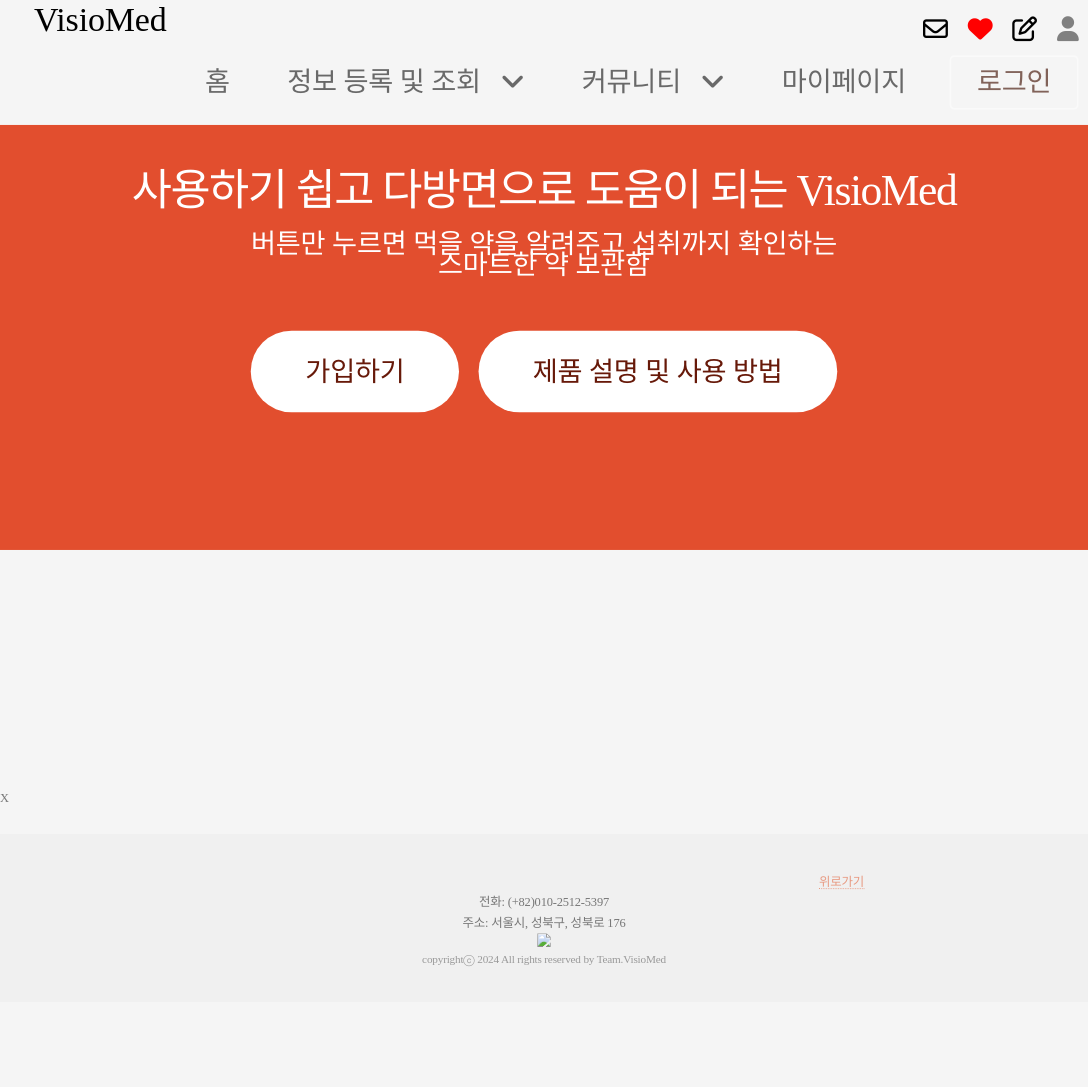
Repository: Jeffrey-Moon/visiomed
Page: http://localhost/Project_VisioMed/Index.jsp
An editor plug-in stored every save of this project. The page is shown before and after the next save, followed by the edit.
The browser window is 1280 px wide. The pictures show the whole page, at 85% of full size.
Some web fonts or font styles are not loaded; a fallback is used. Some web libraries are served in a nearby version. The page is served by Tomcat 9. Other server files are loaded and not shown.

Above is the page before, as saved 2024-07-20 06:10:24.
Console error: SyntaxError: Unexpected token '<'

### Project_VisioMed/Project_VisioMed/src/main/webapp/Index.jsp
<%@page import="Model.UserDTO"%>
<%@ page language="java" contentType="text/html; charset=utf-8"
	pageEncoding="utf-8"%>
<!DOCTYPE html>
<html>
<head>
<title>VisioMed</title>
<meta charset="utf-8" />
<meta name="viewport"
	content="width=device-width, initial-scale=1, user-scalable=no" />
<link rel="stylesheet" href="assets/css/main.css" />
<link rel="stylesheet" href="assets/css/style.css" />

<style>
@font-face {
    font-family: 'GangwonEdu_OTFBoldA';
    src: url('https://cdn.jsdelivr.net/gh/projectnoonnu/noonfonts_2201-2@1.0/GangwonEdu_OTFBoldA.woff') format('woff');
    font-weight: normal;
    font-style: normal;
}
body{
font-family: 'GangwonEdu_OTFBoldA';
background-image:url('images/bgimg_1.jpg');
background-size: 100% 80%;
padding-bottom: 100px;
background-repeat: no-repeat;
}
</style>



</head>

<body class="landing is-preload">

	<%

		// 인코딩
	   request.setCharacterEncoding("utf-8");

	   // 쿼리스트링으로 넘어오는 check값 qr_check
	   System.out.println("--[스트링 확인]");

	   String check = request.getParameter("check");
	   String status = request.getParameter("status");

	   System.out.println("체크 " + check);

	   System.out.println("스탯 " + status);

	   String mo_title = "";
	   String mo_content = "";

		UserDTO udto = (UserDTO)session.getAttribute("udto");

	%>

	<div id="page-wrapper">

		<!-- Header -->
		<header id="header" class="alt">
			<h1 style="color: black;font-size:xx-large;">
				<a href="Index.jsp" style="color: black;font-size:40px">VisioMed&nbsp;&nbsp;</a>
			</h1>

			<nav id="nav" style="text-align:right;">
			<!-- 봉투 아이콘 -->
			<i class="fa-regular fa-envelope fa-2x" style="color:black;margin-top:20px;"></i>
			<!-- 하트 아이콘 -->
			<i class="fa-solid fa-heart fa-2x" style="color:red;margin-left:20px;"></i>
			<!-- 연필 아이콘 -->
			<i class="fa-regular fa-pen-to-square fa-2x" style="color:black;margin-left:20px;"></i>
			<!-- 유저 아이콘 -->
			<i class="fa-solid fa-user fa-2x" style="color:gray;margin-left:20px;"></i>

			<% if(udto != null){ %>
				<sup style="color:green;font-weight:500;font-size:larger; vertical-align:sub;">
				&nbsp;&nbsp;<%= udto.getUser_name() %>님 로그인</sup>
			<%} else {%>

			<%} %>

				<ul>
					<li><a href="Index.jsp" style="color:#696969;font-size:xx-large;">홈</a></li>
					<li><a href="select_handi.jsp" style="color:#696969;font-size:xx-large;">정보 등록 및 조회&nbsp;&nbsp;&nbsp;<i
							class='icon solid fa fa-angle-down'></i>
					</a>
						<ul>
							<li><a href="reg_handi.jsp">회원 정보 등록</a></li>
						</ul></li>
					<li class='sub-menu'><a href="#" style="color:#696969;font-size:xx-large;">커뮤니티&nbsp;&nbsp;&nbsp;<i
							class='fa fa-angle-down'></i></a>
						<ul>
							<li><a href="qnaMain.jsp">문의하기</a></li>
							<li><a href="storyMain.jsp">정보 공유</a></li>
						</ul></li>
					<li class='sub-menu'><a href="Mypage.jsp" style="color:#696969;font-size:xx-large;">마이페이지</a></li>

					<% if(udto != null){ %>
						<li><a href="LogoutServiceCon.do" class="button" style="color: black;font-size:xx-large;">로그아웃</a></li>
					<%} else{%>
						<li><a href="Login.jsp" class="button" style="color:#816259;font-size:xx-large;">로그인</a></li>
					<%} %>

				</ul>
			</nav>
		</header>


		<!-- Banner -->
		<section id="banner">

		 <!-- CTA -->
		 <section id="cta" style="height: 500px;">
			<% if(udto != null){ %>
			<h3 class="big-font" style="color:white;display:inline;"><%= udto.getUser_name() %>님, VisioMed에 들어온 것을 환영합니다!
			<br>제품 사용 방법을 알고 싶으면 아래 제품 설명 및 사용 방법 버튼을 눌러주세요.
			</h3>
			<br><br>
			<a href="Explain.jsp" class="button" style="color:#671909;border-radius:50px;font-size: xx-large;margin-top:70px">제품 설명 및 사용 방법</a>
			</li>
			<%} else{%>
			<h2 style="color:white;">사용하기 쉽고 다방면으로 도움이 되는 VisioMed</h2>
			<p style="color:white;font-size:xx-large;">
				버튼만 누르면 먹을 약을 알려주고 섭취까지 확인하는<br>스마트한 약 보관함
			</p>
			<a href="Join.jsp" class="button" style="min-width:7em;border-radius:50px;font-size: xx-large;color: #671909;">가입하기</a>
			</li> <a href="Explain.jsp" class="button"style="color:#671909;border-radius:50px;font-size: xx-large;">제품 설명 및 사용 방법</a>
			</li>
			<%} %>
      <!--    <h2>복순이</h2>
         <p>복순이 서비스를 이용하세요!</p>

         <form>
            <div class="row gtr-50 gtr-uniform">
               <div class="col-8 col-12-mobilep">
                  <input type="email" name="email" id="email"
                     placeholder="Email Address" />
               </div>
               <div class="col-4 col-12-mobilep">
                  <input type="submit" value="Sign Up" class="fit" />
               </div>
            </div>
         </form>-->
	</section>
</section>
		<!-- Main -->

		<!--모달 본문  -->


      <div id="modal" class="modal-overlay">
         <%
         System.out.println("--[모달 진입]");

         // 초기 모달값
         System.out.println("스탯 " + status);
         //System.out.println("st qr " + qr_status);

         // 초기페이지 로딩시에 오류 방지
         if (status == null) {

            // 상황별 모달 출력문
         } else if (check.equals("1") && status.equals("1")) {
            System.out.println("[가입진입] " + status);
            mo_title = "가입 성공";
            mo_content = "가입을 환영합니다";
         } else if (check.equals("1") && status.equals("2")) {
            System.out.println("[가입실패] " + status);
            mo_title = "가입 실패";
            mo_content = "양식을 다시 한번 확인해주세요";
         } else if (check.equals("1") && status.equals("3")) {
            System.out.println("[3진입] " + status);
            mo_title = "3 성공";
            mo_content = "3 환영합니다";

         } else {

         }
         %>


         <div class="modal-window">
            <div class="title">
               <h2><%=mo_title%>
               </h2>
            </div>
            <div class="close-area">X</div>
            <div class="content">
               <p><%=mo_content%>
               </p>


            </div>
         </div>
      </div>




      <!-- 모달 로직 -->
      <script>
		const modal = document.getElementById("modal")
		function modalOn() {
		    modal.style.display = "flex"
		}
		function isModalOn() {
		    return modal.style.display === "flex"
		}
		function modalOff() {
		    modal.style.display = "none"
		}
		// 모달 끄기 구간
		const closeBtn = modal.querySelector(".close-area")
		closeBtn.addEventListener("click", e => {
		    modalOff()
		})
		 // 모달 오버레이를 클릭하면 모달 끄기
		modal.addEventListener("click", e => {
		    const evTarget = e.target
		    if(evTarget.classList.contains("modal-overlay")) {
		        modalOff()
		    }
		})
		// esc키를 누르면 모달 끄기
		window.addEventListener("keyup", e => {
		    if(isModalOn() && e.key === "Escape") {
		        modalOff()
		    }
		})

		//  쿼리체크가 1이면 모달이 켜진다
		window.onload = function () { // window가 load될 때 function 부분이 실행됨. load여부는 브라우저가 알려줌.
		   let qr_check="1"
		   if(qr_check==<%=check%>){
		      modalOn()
		   }


		};
		</script>


  	<footer id="footer" style="padding:3em 0 3em 0;">
  		<div class="inner">
  		<a href="#" class="page-top" style="position: relative;left:350px;">위로가기</a>
  		<p style="margin:0 0 0 0;">전화: (+82)010-2512-5397</p>
  		<p style="margin:0 0 0 0;">주소: 서울시, 성북구, 성북로 176</p>
  		<span><img src="images/visiomed_logo.png" style="width:75px;"></span><br>
  			<p class="copyright" style="margin:0 0 0 0;">copyrightⓒ 2024 All rights reserved by Team.VisioMed</p>
		</div>
  	</footer>

		<!-- Footer -->
	<!-- <footer id="footer">
			<ul class="icons">
				<li><a href="#" class="icon brands fa-twitter"><span
						class="label">Twitter</span></a></li>
				<li><a href="#" class="icon brands fa-facebook-f"><span
						class="label">Facebook</span></a></li>
				<li><a href="#" class="icon brands fa-instagram"><span
						class="label">Instagram</span></a></li>
				<li><a href="#" class="icon brands fa-github"><span
						class="label">Github</span></a></li>
				<li><a href="#" class="icon brands fa-dribbble"><span
						class="label">Dribbble</span></a></li>
				<li><a href="#" class="icon brands fa-google-plus"><span
						class="label">Google+</span></a></li>
			</ul>
			<ul class="copyright">
				<li>&copy; Untitled. All rights reserved.</li>
				<li>Design: <a href="http://html5up.net">HTML5 UP</a></li>
			</ul>
		</footer>   -->

	</div>


	<!-- Scripts -->
	<script src="assets/js/jquery.min.js"></script>
	<script src="assets/js/jquery.dropotron.min.js"></script>
	<script src="assets/js/jquery.scrollex.min.js"></script>
	<script src="assets/js/browser.min.js"></script>
	<script src="assets/js/breakpoints.min.js"></script>
	<script src="assets/js/util.js"></script>
	<script src="assets/js/main.js"></script>
	<script src="assets/js/bootstrap.js"></script>
	<script src="assets/js/bootstrap.min.js"></script>

	<!-- awesome font -->
	<script src="https://kit.fontawesome.com/8b21a455c5.js" crossorigin="anonymous"></script>

</body>
</html>

### Project_VisioMed/Project_VisioMed/src/main/webapp/404errorPage.jsp
<%@ page language="java" contentType="text/html; charset=UTF-8"
    pageEncoding="UTF-8"%>
<!DOCTYPE html>
<%  response.setStatus(HttpServletResponse.SC_OK); %>
<html>
<head>
<meta charset="UTF-8">
<title>404 에러 페이지</title>
</head>
<body>
	<h3>요청하신 페이지는 존재하지 않습니다.</h3>
	<h4>- Dr.Boksun</h4>
	<button><a href="Index.jsp">메인으로 이동</a></button>
	<br>초기화면으로 돌아갑니다.
</body>
</html>

Loaded but not shown: Project_VisioMed/Project_VisioMed/src/main/webapp/assets/css/main.css (3905 lines, source omitted)

After the next save:
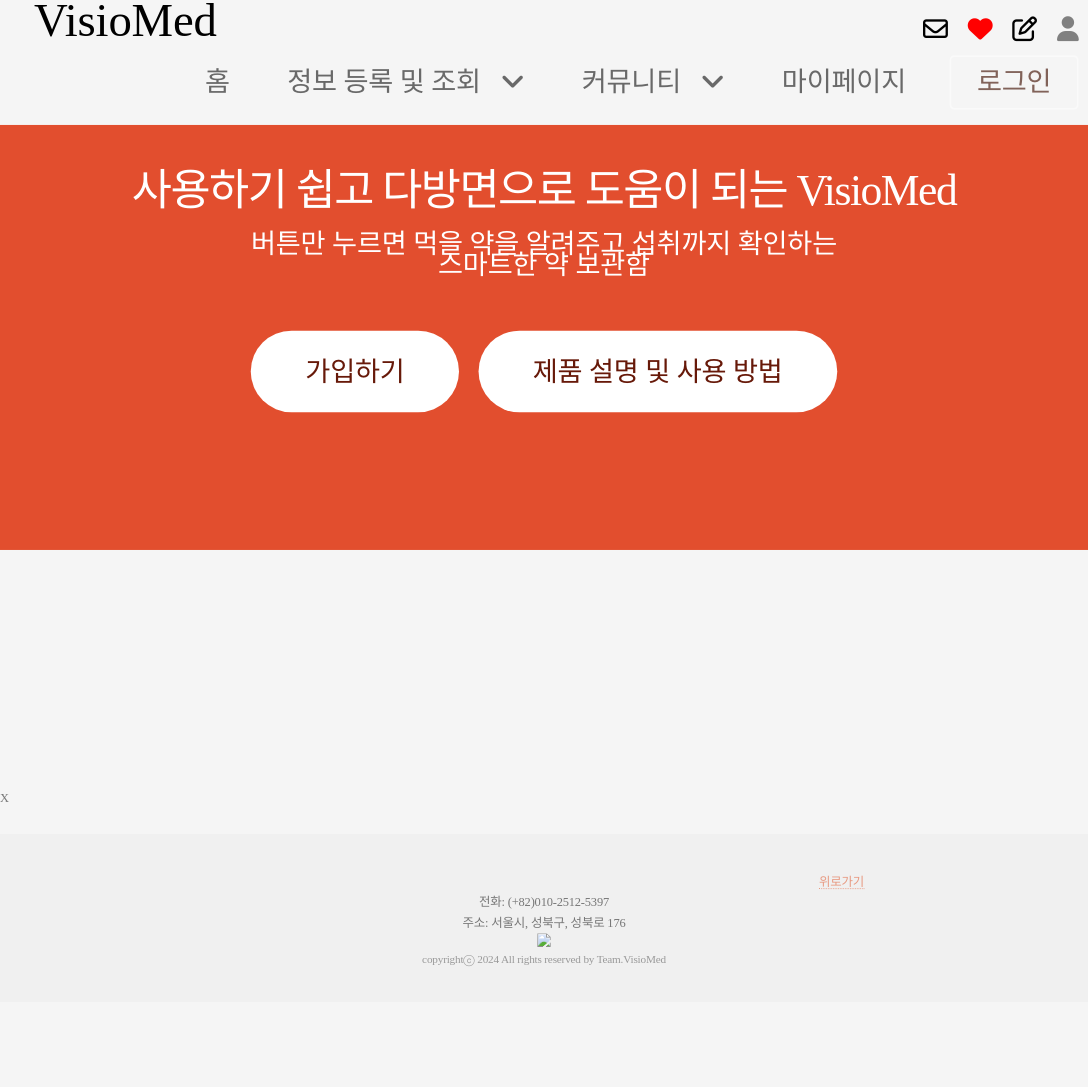
Saved 8 s later.
--- a/Project_VisioMed/Project_VisioMed/src/main/webapp/Index.jsp
+++ b/Project_VisioMed/Project_VisioMed/src/main/webapp/Index.jsp
@@ -60,7 +60,7 @@ background-repeat: no-repeat;
 		<!-- Header -->
 		<header id="header" class="alt">
 			<h1 style="color: black;font-size:xx-large;">
-				<a href="Index.jsp" style="color: black;font-size:40px">VisioMed&nbsp;&nbsp;</a>
+				<a href="Index.jsp" style="color: black;font-size:55px">VisioMed&nbsp;&nbsp;</a>
 			</h1>
 
 			<nav id="nav" style="text-align:right;">
